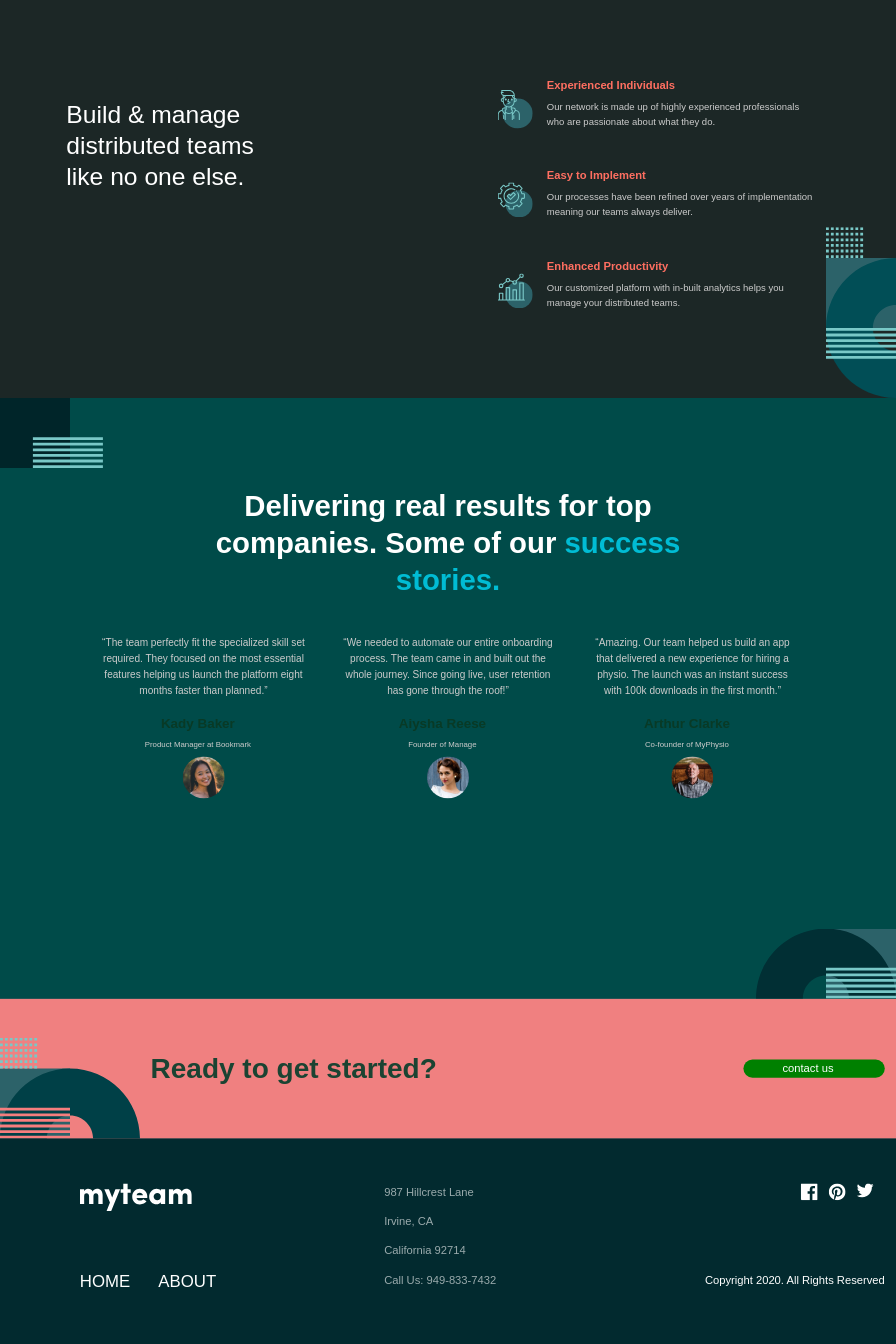
Repository: Gabriel221-dev/Project-page-main
Page: /
The author's editor kept a copy of each file at every save. The page is drawn from the files as they stood at one save, then again after the next save.
The browser window is 1280 px wide. The pictures show the part of the page from y = 692 to 2612 px (the page is 2612 px tall), at 70% of full size.
The project was rebuilt for these pictures with package versions that can differ from the ones it lists, and the page was loaded fresh each time. Also part of the build but not shown: vite.config.js, src/pages/About.css, src/components/DirectorCard.css, src/components/DirectorCard.jsx, src/pages/About.jsx, src/pages/Contact.css, src/pages/Contact.jsx.

Above is the page before, as saved 2024-07-23 18:22:07.

After the next save:
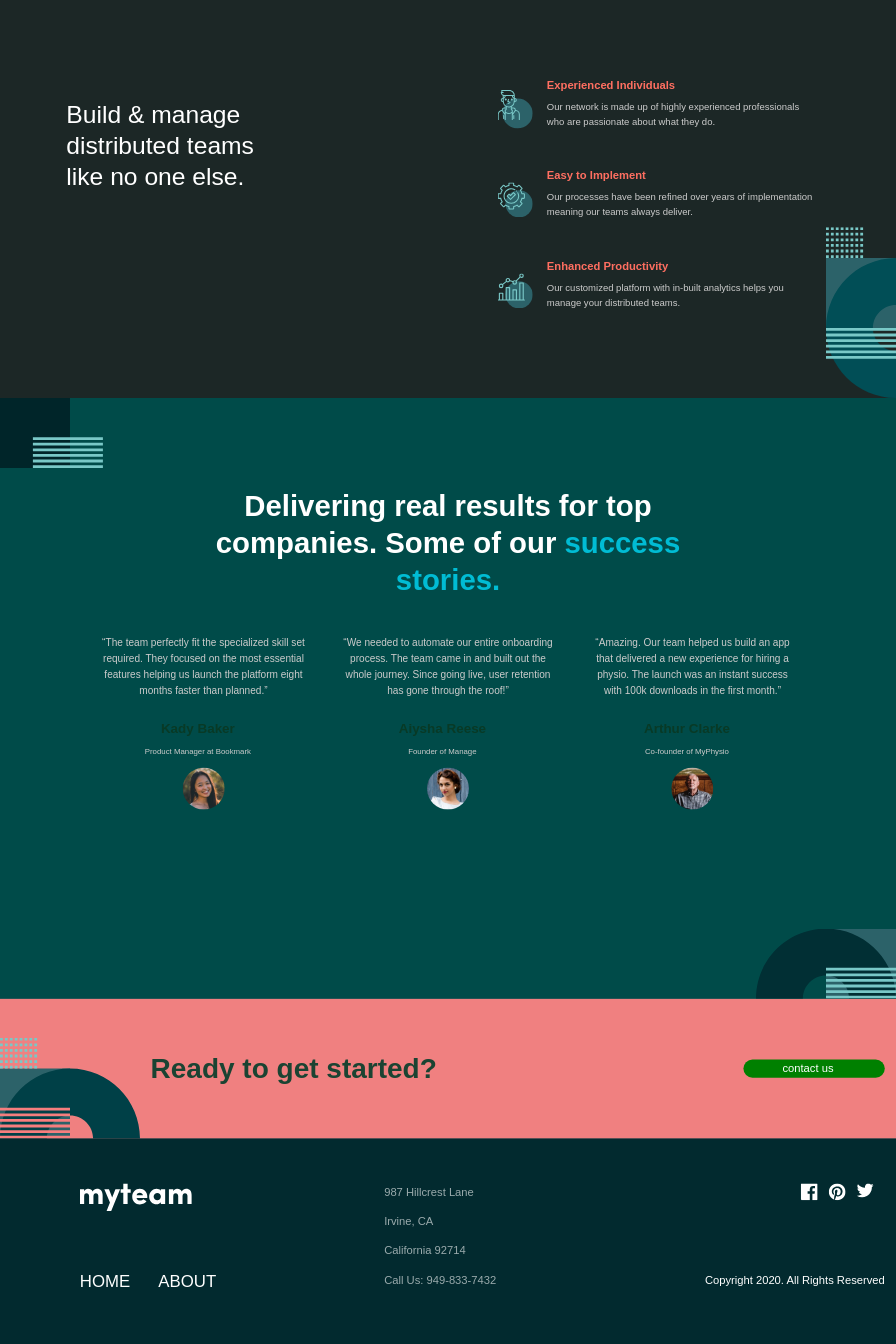
Saved 58 s later.
--- a/src/pages/Home.css
+++ b/src/pages/Home.css
@@ -331,7 +331,7 @@
     height: 60px;
     border-radius: 50%;
     align-self: center;
-    margin: -6rem 0rem 6rem 0rem ;
+    margin: -6rem 0rem 5rem 0rem ;
   }
 
 
